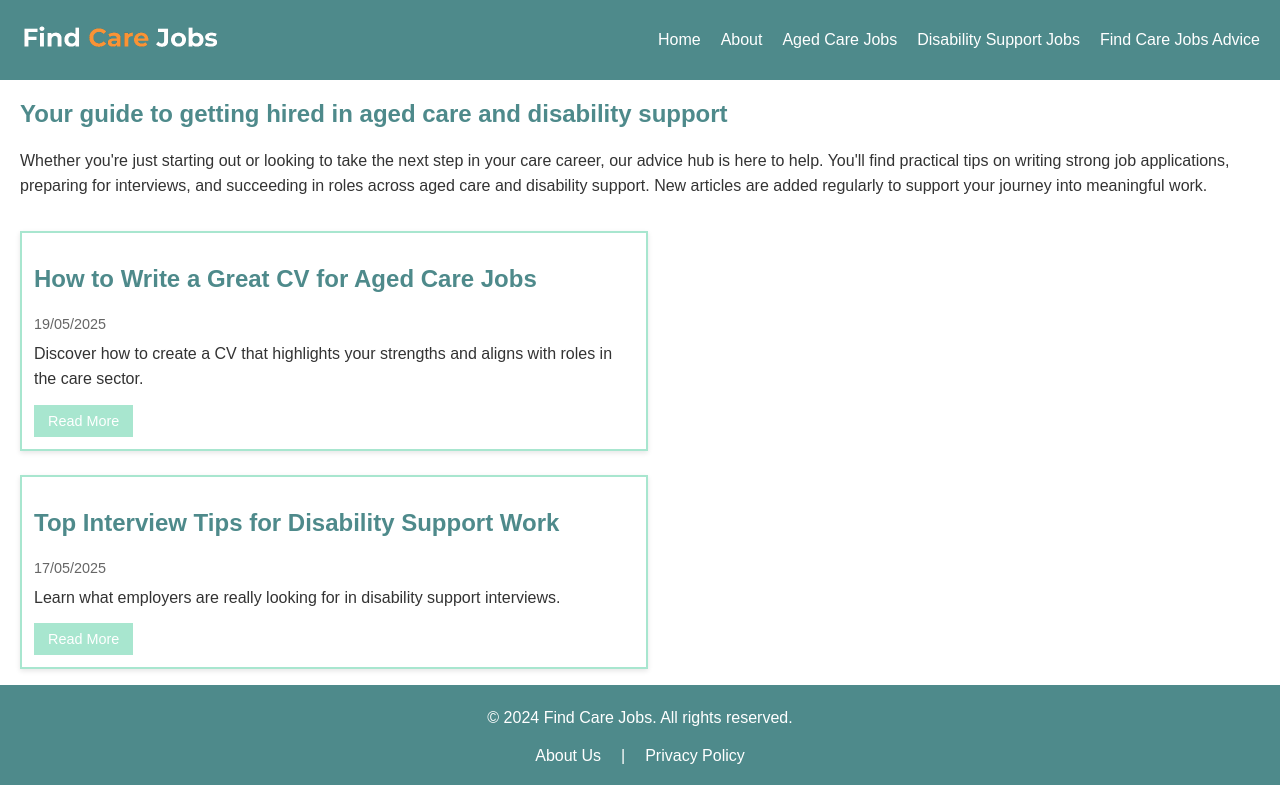
Repository: RichardCareJobs/find-care-jobs
Page: advice.html
An editor plug-in stored every save of this project. The page is shown before and after the next save, followed by the edit.
The browser window is 1280 px wide. The pictures show the whole page.

Above is the page before, as saved 2025-05-19 21:32:18.

After the next save:
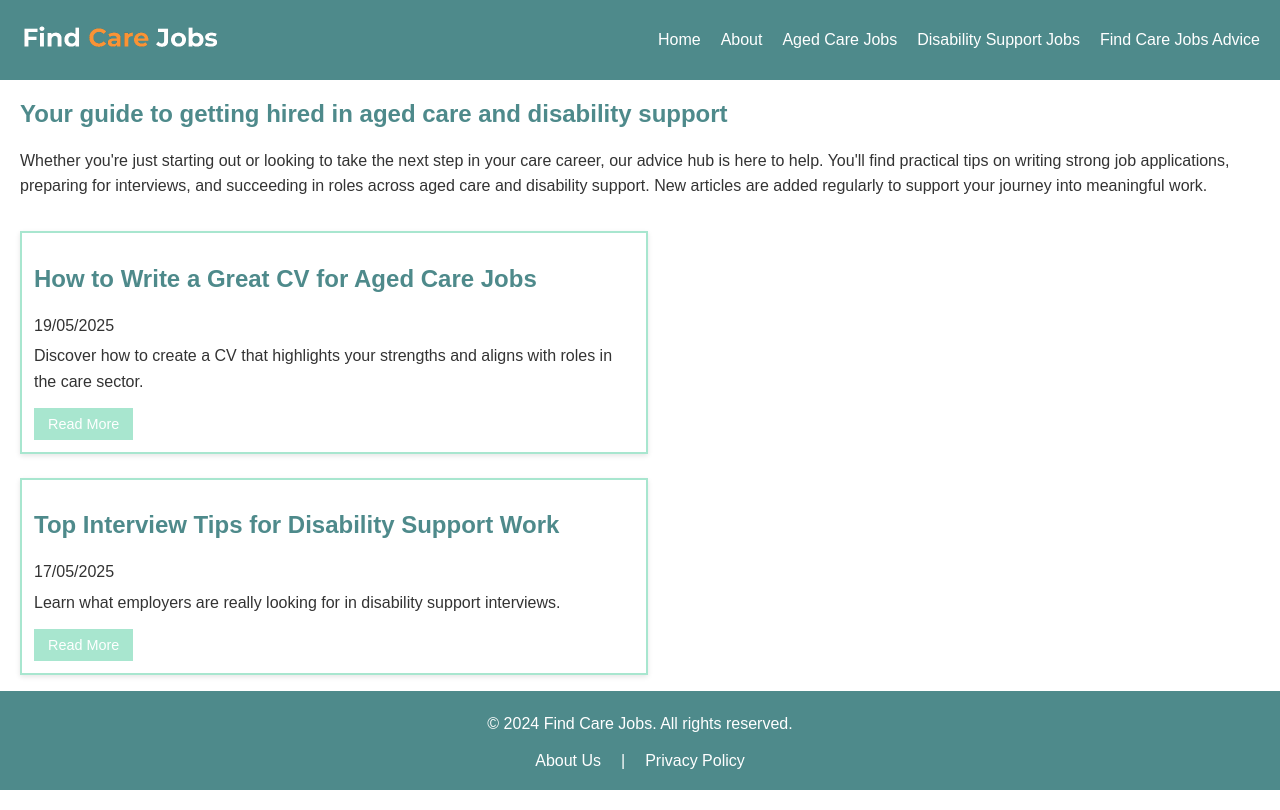
Saved 37 s later.
--- a/styles.css
+++ b/styles.css
@@ -720,17 +720,3 @@ body[data-sector="Disability Support"] #job-listings .see-all-link {
   gap: 1.5rem;
   padding: 1rem 0;
 }
-
-.advice-card {
-  border-bottom: 1px solid #ccc;
-  padding-bottom: 1rem;
-}
-
-.advice-card h2 {
-  margin-bottom: 0.3rem;
-}
-
-.advice-date {
-  font-size: 0.9rem;
-  color: #666;
-}
